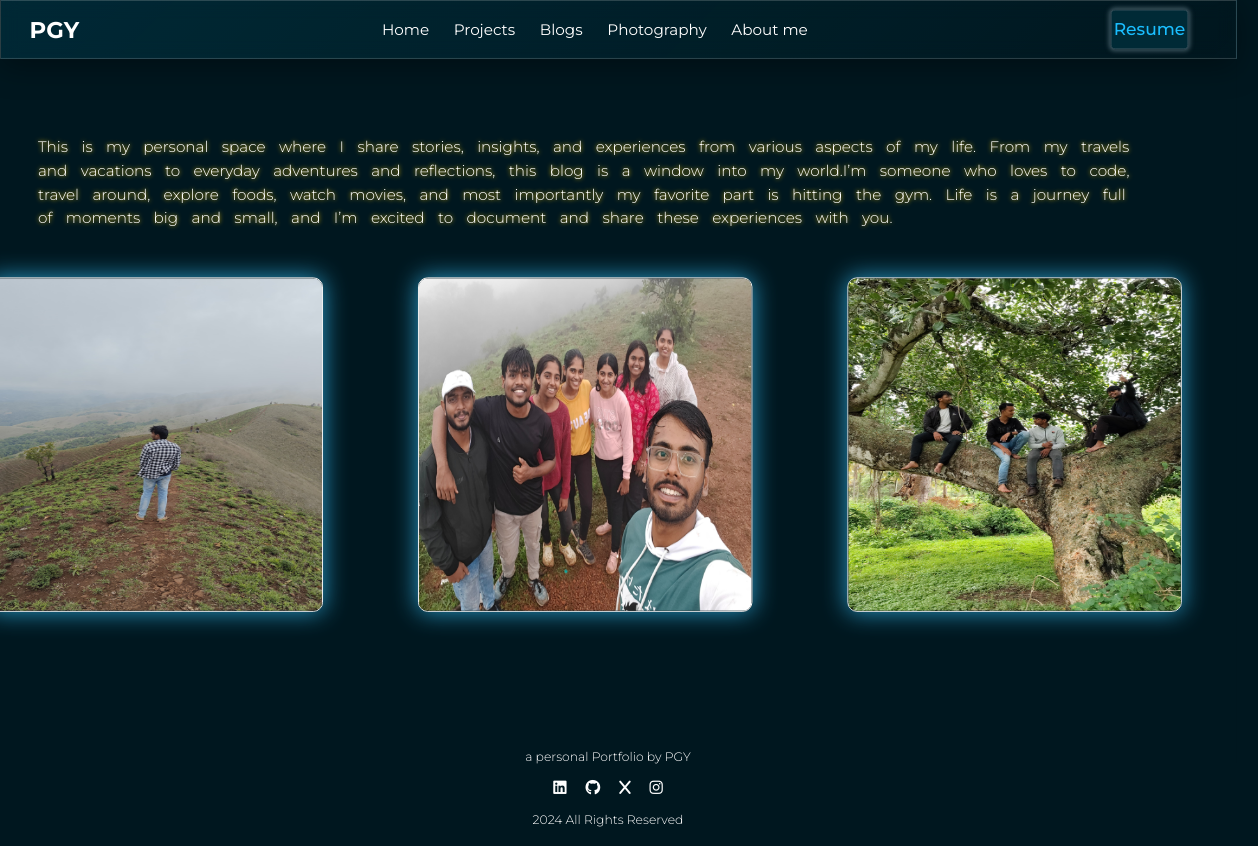
Repository: pgyunknown/pgyunknown
Page: personal_blog.html
The author's editor kept a copy of each file at every save. The page is drawn from the files as they stood at one save, then again after the next save.
The browser window is 1280 px wide. The page is 1302 px wide, then 1324 px, so the pictures cover 1324 px, including what lies to the right of the window. The pictures show the whole page, at 95% of full size.
Some web libraries are served in a nearby version.

Above is the page before, as saved 2024-08-24 02:02:05.

After the next save:
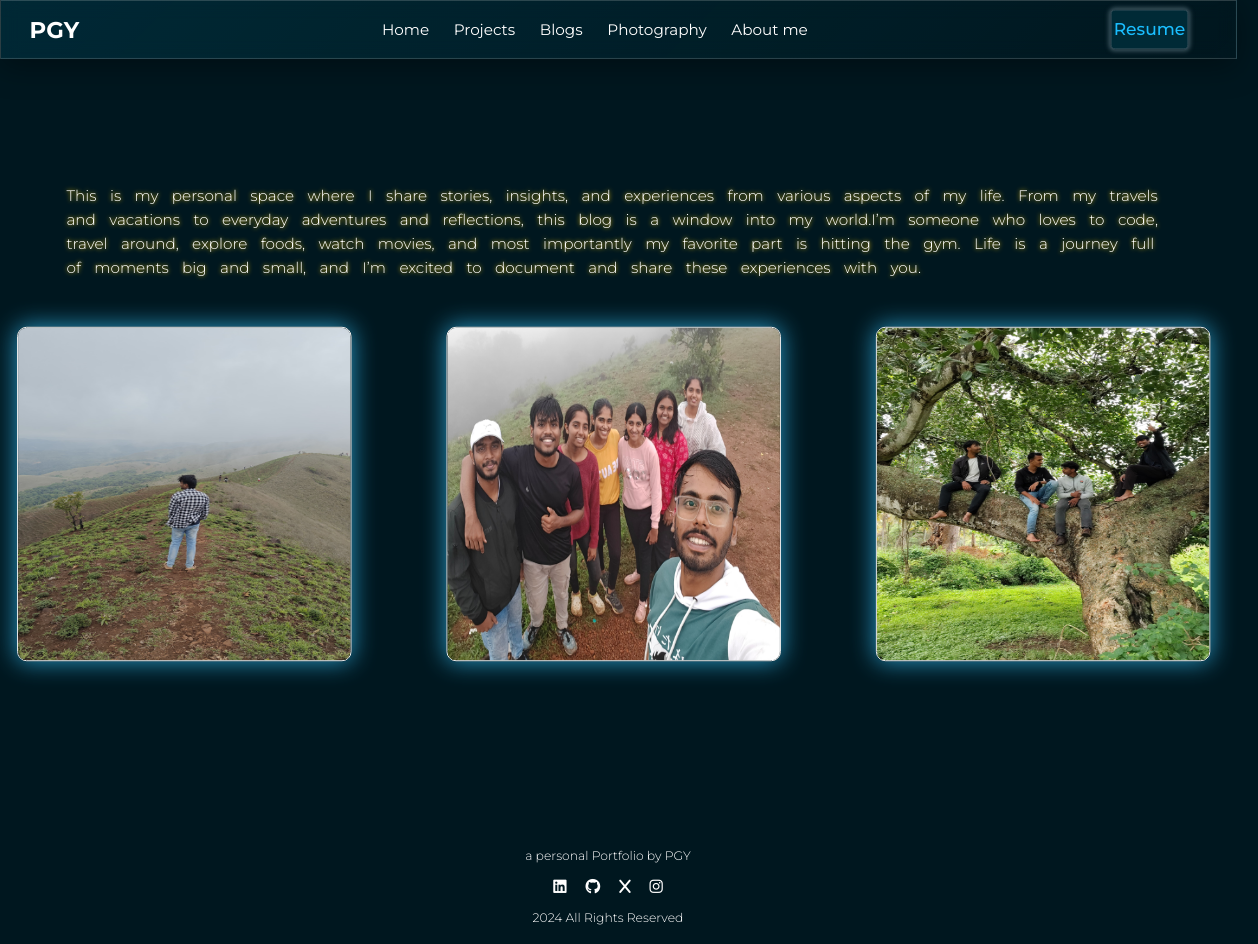
Saved 28 s later.
--- a/personal_blog.css
+++ b/personal_blog.css
@@ -134,12 +134,6 @@ main .personal_intro{
     text-shadow: #FC0 0 0 5px;
 }
 
-main{
-    height: 100%;
-    width: 90%;
-    padding: 20px;
-
-}
 main .contianer1{
 
     display: flex;
